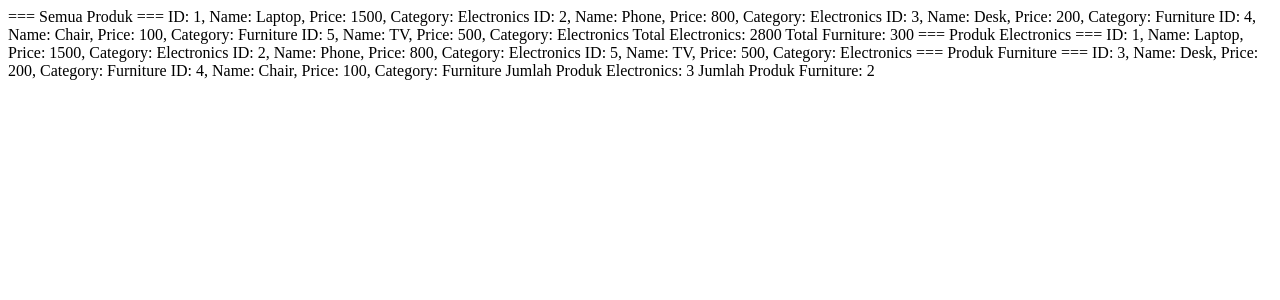
Repository: ramaID/demo-hari-1
Page: http://localhost/main_before.php
An editor plug-in stored every save of this project. The page is shown before and after the next save, followed by the edit.
The browser window is 1280 px wide. The pictures show the whole page.
The page is run by PHP 8.4 with error messages shown; the project is at /var/www/html/.

Above is the page before, as saved 2024-12-10 12:54:35.

After the next save:
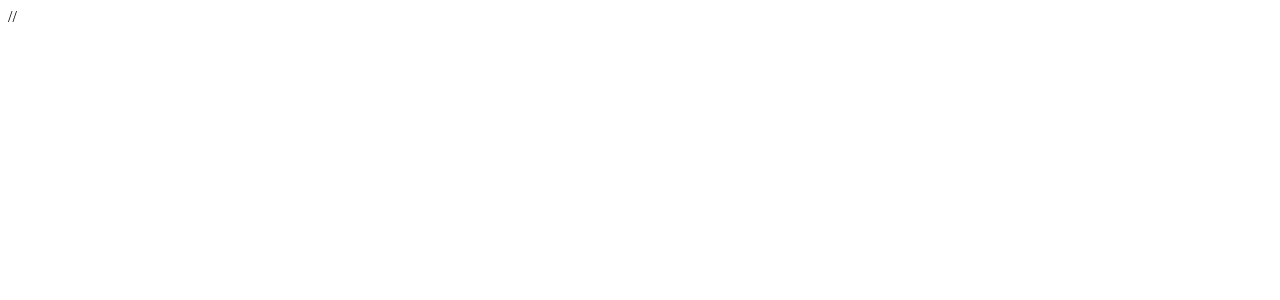
Saved 11 s later.
--- a/main_before.php
+++ b/main_before.php
@@ -1,66 +1,3 @@
-<?php
-
-// Data produk
-$products = [
-    ['id' => 1, 'name' => 'Laptop', 'price' => 1500, 'category' => 'Electronics'],
-    ['id' => 2, 'name' => 'Phone', 'price' => 800, 'category' => 'Electronics'],
-    ['id' => 3, 'name' => 'Desk', 'price' => 200, 'category' => 'Furniture'],
-    ['id' => 4, 'name' => 'Chair', 'price' => 100, 'category' => 'Furniture'],
-    ['id' => 5, 'name' => 'TV', 'price' => 500, 'category' => 'Electronics'],
-];
-
-// Fungsi untuk menampilkan produk
-function displayProducts($title, $products)
-{
-    echo "=== $title ===\n";
-    foreach ($products as $product) {
-        echo "ID: {$product['id']}, Name: {$product['name']}, Price: {$product['price']}, Category: {$product['category']}\n";
-    }
-}
-
-// Fungsi untuk menghitung total harga berdasarkan kategori
-function calculateTotalPriceByCategory($products, $category)
-{
-    return array_reduce($products, function ($total, $product) use ($category) {
-        return $product['category'] === $category ? $total + $product['price'] : $total;
-    }, 0);
-}
-
-// Fungsi untuk memfilter produk berdasarkan kategori
-function filterProductsByCategory($products, $category)
-{
-    return array_filter($products, fn($product) => $product['category'] === $category);
-}
-
-// Fungsi untuk menghitung jumlah produk berdasarkan kategori
-function countProductsByCategory($products, $category)
-{
-    return count(filterProductsByCategory($products, $category));
-}
-
-// Tampilkan semua produk
-displayProducts("Semua Produk", $products);
-
-// Hitung total harga per kategori
-$totalElectronics = calculateTotalPriceByCategory($products, 'Electronics');
-$totalFurniture = calculateTotalPriceByCategory($products, 'Furniture');
-echo "Total Electronics: $totalElectronics\n";
-echo "Total Furniture: $totalFurniture\n";
-
-// Tampilkan produk berdasarkan kategori
-$electronicsProducts = filterProductsByCategory($products, 'Electronics');
-$furnitureProducts = filterProductsByCategory($products, 'Furniture');
-
-displayProducts("Produk Electronics", $electronicsProducts);
-displayProducts("Produk Furniture", $furnitureProducts);
-
-// Tampilkan jumlah produk per kategori
-$electronicsCount = countProductsByCategory($products, 'Electronics');
-$furnitureCount = countProductsByCategory($products, 'Furniture');
-
-echo "Jumlah Produk Electronics: $electronicsCount\n";
-echo "Jumlah Produk Furniture: $furnitureCount\n";
-
 // <?php
 
 // // Data produk

After the save that followed:
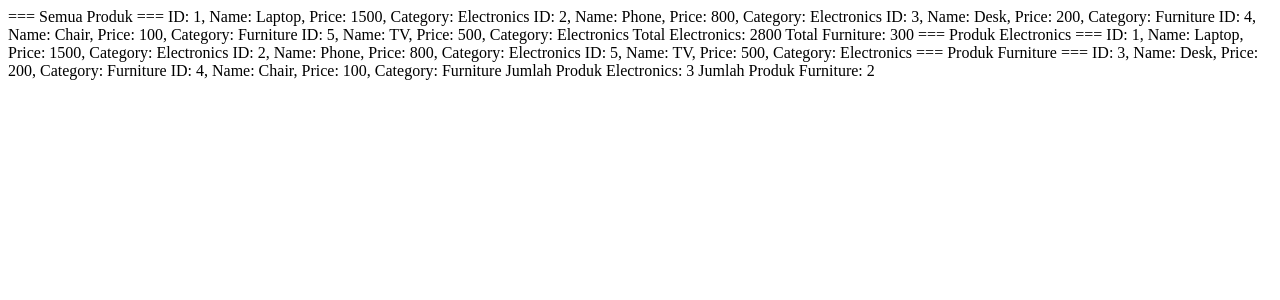
Saved 12 s later.
--- a/main_before.php
+++ b/main_before.php
@@ -1,58 +1,62 @@
-// <?php
+<?php
 
-// // Data produk
-// $products = [
-//     ['id' => 1, 'name' => 'Laptop', 'price' => 1500, 'category' => 'Electronics'],
-//     ['id' => 2, 'name' => 'Phone', 'price' => 800, 'category' => 'Electronics'],
-//     ['id' => 3, 'name' => 'Desk', 'price' => 200, 'category' => 'Furniture'],
-//     ['id' => 4, 'name' => 'Chair', 'price' => 100, 'category' => 'Furniture'],
-//     ['id' => 5, 'name' => 'TV', 'price' => 500, 'category' => 'Electronics'],
-// ];
+// Data produk
+$products = [
+    ['id' => 1, 'name' => 'Laptop', 'price' => 1500, 'category' => 'Electronics'],
+    ['id' => 2, 'name' => 'Phone', 'price' => 800, 'category' => 'Electronics'],
+    ['id' => 3, 'name' => 'Desk', 'price' => 200, 'category' => 'Furniture'],
+    ['id' => 4, 'name' => 'Chair', 'price' => 100, 'category' => 'Furniture'],
+    ['id' => 5, 'name' => 'TV', 'price' => 500, 'category' => 'Electronics'],
+];
 
-// // Fungsi untuk menampilkan produk
-// function displayProducts($title, $products) {
-//     echo "=== $title ===\n";
-//     foreach ($products as $product) {
-//         echo "ID: {$product['id']}, Name: {$product['name']}, Price: {$product['price']}, Category: {$product['category']}\n";
-//     }
-// }
+// Fungsi untuk menampilkan produk
+function displayProducts($title, $products)
+{
+    echo "=== $title ===\n";
+    foreach ($products as $product) {
+        echo "ID: {$product['id']}, Name: {$product['name']}, Price: {$product['price']}, Category: {$product['category']}\n";
+    }
+}
 
-// // Fungsi untuk menghitung total harga berdasarkan kategori
-// function calculateTotalPriceByCategory($products, $category) {
-//     return array_reduce($products, function ($total, $product) use ($category) {
-//         return $product['category'] === $category ? $total + $product['price'] : $total;
-//     }, 0);
-// }
+// Fungsi untuk menghitung total harga berdasarkan kategori
+function calculateTotalPriceByCategory($products, $category)
+{
+    return array_reduce($products, function ($total, $product) use ($category) {
+        return $product['category'] === $category ? $total + $product['price'] : $total;
+    }, 0);
+}
 
-// // Fungsi untuk memfilter produk berdasarkan kategori
-// function filterProductsByCategory($products, $category) {
-//     return array_filter($products, fn($product) => $product['category'] === $category);
-// }
+// Fungsi untuk memfilter produk berdasarkan kategori
+function filterProductsByCategory($products, $category)
+{
+    return array_filter($products, fn($product) => $product['category'] === $category);
+}
 
-// // Fungsi untuk menghitung jumlah produk berdasarkan kategori
-// function countProductsByCategory($products, $category) {
-//     return count(filterProductsByCategory($products, $category));
-// }
+// Fungsi untuk menghitung jumlah produk berdasarkan kategori
+function countProductsByCategory($products, $category)
+{
+    return count(filterProductsByCategory($products, $category));
+}
 
-// // Tampilkan semua produk
-// displayProducts("Semua Produk", $products);
+// Tampilkan semua produk
+displayProducts("Semua Produk", $products);
 
-// // Hitung total harga per kategori
-// $totalElectronics = calculateTotalPriceByCategory($products, 'Electronics');
-// $totalFurniture = calculateTotalPriceByCategory($products, 'Furniture');
-// echo "Total Electronics: $totalElectronics\n";
-// echo "Total Furniture: $totalFurniture\n";
+// Hitung total harga per kategori
+$totalElectronics = calculateTotalPriceByCategory($products, 'Electronics');
+$totalFurniture = calculateTotalPriceByCategory($products, 'Furniture');
+echo "Total Electronics: $totalElectronics\n";
+echo "Total Furniture: $totalFurniture\n";
 
-// // Tampilkan produk berdasarkan kategori
-// $electronicsProducts = filterProductsByCategory($products, 'Electronics');
-// $furnitureProducts = filterProductsByCategory($products, 'Furniture');
+// Tampilkan produk berdasarkan kategori
+$electronicsProducts = filterProductsByCategory($products, 'Electronics');
+$furnitureProducts = filterProductsByCategory($products, 'Furniture');
 
-// displayProducts("Produk Electronics", $electronicsProducts);
-// displayProducts("Produk Furniture", $furnitureProducts);
+displayProducts("Produk Electronics", $electronicsProducts);
+displayProducts("Produk Furniture", $furnitureProducts);
 
-// // Tampilkan jumlah produk per kategori
-// $electronicsCount = countProductsByCategory($products, 'Electronics');
-// $furnitureCount = countProductsByCategory($products, 'Furniture');
+// Tampilkan jumlah produk per kategori
+$electronicsCount = countProductsByCategory($products, 'Electronics');
+$furnitureCount = countProductsByCategory($products, 'Furniture');
 
-// echo "Jumlah Produk Electronics: $electronicsCount\n";
-// echo "Jumlah Produk Furniture: $furnitureCount\n";
+echo "Jumlah Produk Electronics: $electronicsCount\n";
+echo "Jumlah Produk Furniture: $furnitureCount\n";
